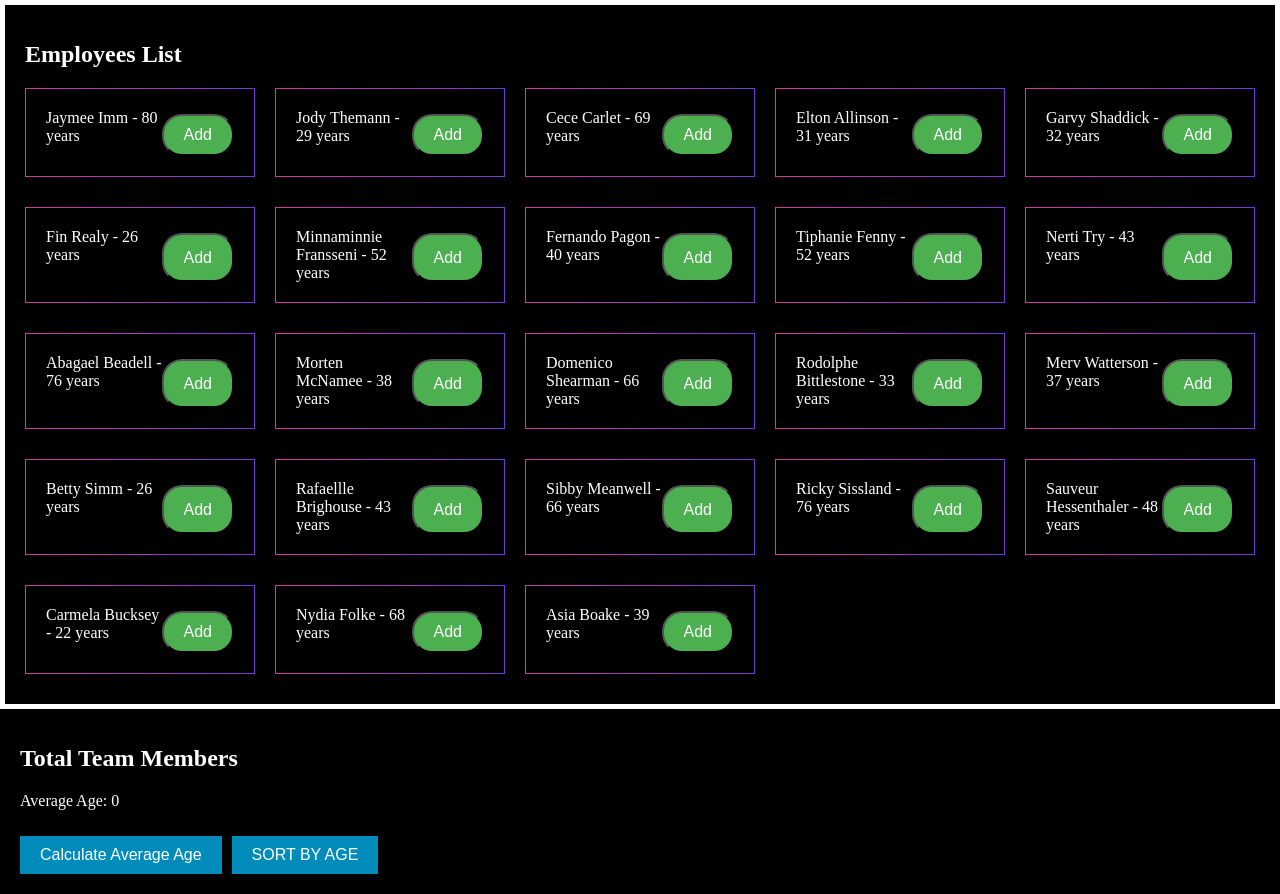
Repository: sriram1224/Teams-list
Page: /
The author's editor kept a copy of each file at every save. The page is drawn from the files as they stood at one save, then again after a run of saves.
The browser window is 1280 px wide. The pictures show the whole page.
The project was rebuilt for these pictures with package versions that can differ from the ones it lists, and the page was loaded fresh each time.

Above is the page before, as saved 2024-03-27 00:24:03.

### src/index.css
body {
  margin: 0;
 background-color: black;
 color : white;
}

code {
  font-family: source-code-pro, Menlo, Monaco, Consolas, 'Courier New',
    monospace;
}

### src/App.js
import Main from "./main";
import React from 'react';

function App() {
  return (
    <div >
      <Main />
    </div>
  );
}

export default App;

### src/main.jsx
import React, { useReducer } from 'react';
import EmployeesList from './EmloyeesList';
import TotalEmployees from './TotalEmployees';

const employees = [
  {"id":1,"first_name":"Jaymee","last_name":"Imm","email":"jimm0@craigslist.org","gender":"Genderqueer","age":80},
{"id":2,"first_name":"Jody","last_name":"Themann","email":"jthemann1@skyrock.com","gender":"Agender","age":29},
{"id":3,"first_name":"Cece","last_name":"Carlet","email":"ccarlet2@jalbum.net","gender":"Male","age":69},
{"id":4,"first_name":"Elton","last_name":"Allinson","email":"eallinson3@jugem.jp","gender":"Male","age":31},
{"id":5,"first_name":"Garvy","last_name":"Shaddick","email":"gshaddick4@rediff.com","gender":"Male","age":32},
{"id":6,"first_name":"Fin","last_name":"Realy","email":"frealy5@unc.edu","gender":"Male","age":26},
{"id":7,"first_name":"Minnaminnie","last_name":"Fransseni","email":"mfransseni6@aboutads.info","gender":"Agender","age":52},
{"id":8,"first_name":"Fernando","last_name":"Pagon","email":"fpagon7@blogs.com","gender":"Male","age":40},
{"id":9,"first_name":"Tiphanie","last_name":"Fenny","email":"tfenny8@sakura.ne.jp","gender":"Female","age":52},
{"id":10,"first_name":"Nerti","last_name":"Try","email":"ntry9@shareasale.com","gender":"Female","age":43},
{"id":11,"first_name":"Abagael","last_name":"Beadell","email":"abeadella@unc.edu","gender":"Female","age":76},
{"id":12,"first_name":"Morten","last_name":"McNamee","email":"mmcnameeb@sun.com","gender":"Male","age":38},
{"id":13,"first_name":"Domenico","last_name":"Shearman","email":"dshearmanc@seesaa.net","gender":"Male","age":66},
{"id":14,"first_name":"Rodolphe","last_name":"Bittlestone","email":"rbittlestoned@51.la","gender":"Male","age":33},
{"id":15,"first_name":"Merv","last_name":"Watterson","email":"mwattersone@storify.com","gender":"Male","age":37},
{"id":16,"first_name":"Betty","last_name":"Simm","email":"bsimmf@engadget.com","gender":"Female","age":26},
{"id":17,"first_name":"Rafaellle","last_name":"Brighouse","email":"rbrighouseg@vinaora.com","gender":"Male","age":43},
{"id":18,"first_name":"Sibby","last_name":"Meanwell","email":"smeanwellh@independent.co.uk","gender":"Female","age":66},
{"id":19,"first_name":"Ricky","last_name":"Sissland","email":"rsisslandi@google.it","gender":"Male","age":76},
{"id":20,"first_name":"Sauveur","last_name":"Hessenthaler","email":"shessenthalerj@ocn.ne.jp","gender":"Male","age":48},
{"id":21,"first_name":"Carmela","last_name":"Bucksey","email":"cbuckseyk@acquirethisname.com","gender":"Female","age":22},
{"id":22,"first_name":"Nydia","last_name":"Folke","email":"nfolkel@disqus.com","gender":"Female","age":68},
{"id":23,"first_name":"Asia","last_name":"Boake","email":"aboakem@1und1.de","gender":"Female","age":39}
];
  // Your employee data goes here

function Main() {
  const [state, dispatch] = useReducer(reducer, { employees: employees, team: [] });

  function reducer(state, action) {
    switch(action.type) {
      case 'ADD':
        return {
          ...state,
          employees: state.employees.map(emp => emp.id === action.payload.id ? { ...emp, added: true } : emp),
          team: [...state.team, action.payload]
        };
      case 'DELETE':
        return {
          ...state,
          employees: state.employees.map(emp => emp.id === action.payload.id ? { ...emp, added: false } : emp),
          team: state.team.filter(emp => emp.id !== action.payload.id)
        };
      case 'Calculate_Average':
        const totalAge = state.team.reduce((acc, emp) => acc + emp.age, 0);
        const averageAge = totalAge / state.team.length || 0;
        return {
          ...state,
          averageAge
        };
      case 'sort':
        return {
          ...state,
          team: state.team.sort((a, b) => a.age - b.age),
        };
      default:
        return state;
    }
  }

  return (
    <div>
      <EmployeesList employees={state.employees} dispatch={dispatch} />
      <TotalEmployees team={state.team} dispatch={dispatch} />
    </div>
  );
}

export default Main;

### src/EmloyeesList.jsx
import React from 'react'
import './list.css';

const EmployeesList = ({ employees, dispatch }) => {
    return (
        <div className="employees-list">
            <h1 className="header">Employees List</h1>
            <div className="employlist-main">

            {employees && employees.map(emp => (
                <div key={emp.id} className="employee-item">
                    <span className={emp.added ? "gray-text" : "white-text"}>
                        <p className="employee-info">{emp.first_name} {emp.last_name} - { emp.age} years</p>
                    </span>
                    {!emp.added && (
                        <button className="add-button" onClick={() => dispatch({ type: 'ADD', payload: emp })}>Add</button>
                    )}
                </div>
            ))}
        </div></div>
    );
}
export default EmployeesList;

### src/TotalEmployees.jsx

import './teamlist.css';
const TotalEmployees = ({ team, dispatch }) => {
    const averageAge = team.reduce((total, emp) => total + emp.age, 0) / team.length;

    return (
        <div className="employeelist-main">
            <h1 className="header">Total Team Members</h1>
            {team && team.map(emp => (
                <div key={emp.id} className="employee-item">
                    <span className="employee-info">
                        <p>{emp.first_name} {emp.last_name} - {emp.age} years</p>
                    </span>
                    {!emp.added && (
                        <button className="remove-button" onClick={() => dispatch({ type: 'DELETE', payload: emp })}>Remove</button>
                    )}
                </div>
            ))}
            <p className="average-age">Average Age: {team.length > 0 ? averageAge : 0}</p>
            <button className="average-button" onClick={() => dispatch({ type: "Calculate_Average" })}>
                Calculate Average Age
            </button>
            <button className="sort-button" onClick={() => dispatch({ type: "sort" })}>
                SORT BY AGE
            </button>
        </div>
    );
}

export default TotalEmployees;

### src/list.css
.employees-list {
    padding: 20px;
    border: 10px solid;
    border-image-slice: 1;
    border-width: 5px;
}

.header {
    font-size: 24px;
    margin-bottom: 20px;
}

.employee-item {
    margin-bottom: 10px;
    padding: 20px;
        border: 4px solid;
        border-image-slice: 1;
        border-width: 1px;
        color: white;
}

.employee-info {
    margin: 0;
}
.employlist-main{
    display: grid;
        grid-template-columns: repeat(auto-fill, minmax(200px, 1fr));
        grid-gap: 20px;

}

.add-button {
    background-color: #4CAF50;
    /* Green */
    border-radius:20px;
    color: white;
    padding: 10px 20px;
    text-align: center;
    text-decoration: none;

    font-size: 16px;
    margin-top: 5px;
    cursor: pointer;
}

.gray-text {
    color: gray;
}

.white-text {
    color: rgb(255, 255, 255);
}



.employee-item {
    border-image-source: linear-gradient(to left, #743ad5, #d53a9d);
}

### src/teamlist.css
.employeelist-main {
    padding: 20px;
}

.header {
    font-size: 24px;
    margin-bottom: 20px;
}

.employee-item {
    display: flex;
    margin-bottom: 10px;
    padding: 20px;
    border: 4px solid;
    border-image-slice: 1;
    border-width: 1px;
    color: white;
    border-image-source: linear-gradient(to left, #743ad5, #d53a9d);
}

.employee-info p {
    margin: 0;
}

.remove-button {
    background-color: #f44336;
    /* Red */
    border: none;
    color: white;
    padding: 10px 20px;
    text-align: center;
    text-decoration: none;
    display: inline-block;
    font-size: 16px;
    margin-top: 5px;
    cursor: pointer;
}

.average-age {
    margin-top: 20px;
}

.average-button,
.sort-button {
    background-color: #008CBA;
    /* Blue */
    border: none;
    color: white;
    padding: 10px 20px;
    text-align: center;
    text-decoration: none;
    display: inline-block;
    font-size: 16px;
    margin-top: 10px;
    margin-right: 10px;
    cursor: pointer;
}

Loaded but not shown: public/index.html (common file); src/index.js (common file); src/reportWebVitals.js (common file)

After the next 2 saves:
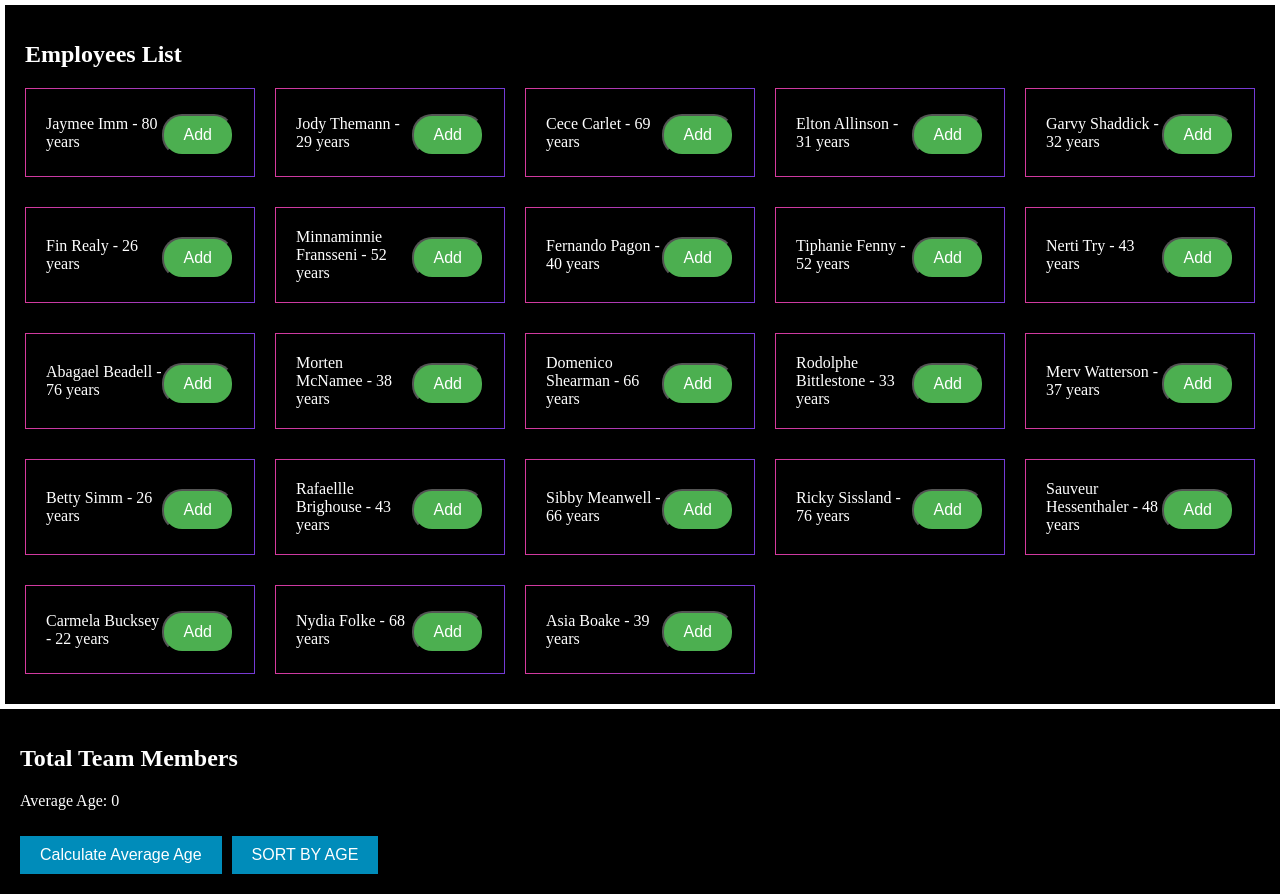
The 2 saves are shown as one change because they came seconds apart.
The last was saved 10 s later.
--- a/src/teamlist.css
+++ b/src/teamlist.css
@@ -9,6 +9,8 @@
 
 .employee-item {
     display: flex;
+    align-items: center;
+    gao
     margin-bottom: 10px;
     padding: 20px;
     border: 4px solid;
